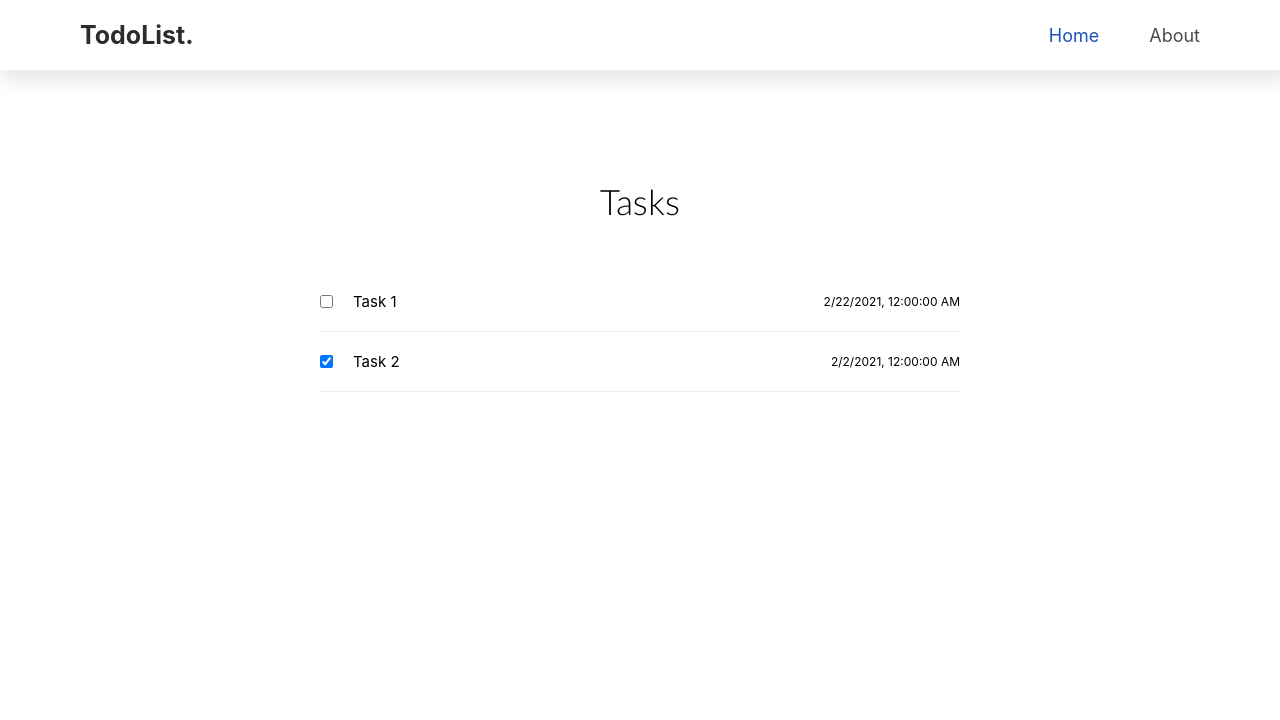
Repository: dqhuy153/react-todoList
Page: /
An editor plug-in stored every save of this project. The page is shown before and after the next save, followed by the edit.
The browser window is 1280 px wide. The pictures show the whole page.
The project was rebuilt for these pictures with package versions that can differ from the ones it lists, and the page was loaded fresh each time. Also part of the build but not shown: src/components/UI/LoadingSpinner.module.scss.

Above is the page before, as saved 2021-09-16 20:48:02.

### src/App.js
import React, { Suspense } from 'react';
import { Switch, Route } from 'react-router-dom';

import './App.css';
import Layout from './components/layout/Layout';
import LoadingSpinner from './components/UI/LoadingSpinner';

const Home = React.lazy(() => import('./components/pages/Home'));
const About = React.lazy(() => import('./components/pages/About'));

function App() {
  return (
    <Layout>
      <Suspense
        fallback={
          <div className="centered">
            <LoadingSpinner />
          </div>
        }
      >
        <Switch>
          <Route path="/" exact>
            <Home />
          </Route>
          <Route path="/about">
            <About />
          </Route>
          {/* <Route path="/products" exact>
          <Products />
        </Route>
        <Route path="/products/:productId">
          <ProductDetail />
        </Route> */}
        </Switch>
      </Suspense>
    </Layout>
  );
}

export default App;

### src/App.css
@import url('https://fonts.googleapis.com/css2?family=Lato:ital,wght@0,100;0,300;0,400;0,700;0,900;1,100;1,300;1,400;1,700;1,900&display=swap');

* {
  box-sizing: border-box;
  font-size: 62.5%;
  padding: 0;
  margin: 0;
}

.centered {
  margin: 3rem auto;
  text-align: center;
  display: flex;
  justify-content: center;
  align-items: center;
}

### src/components/layout/Layout.js
import React, { Fragment } from 'react';
import AppNavigation from './AppNavigation';

import styles from './Layout.module.scss';

export default function Layout(props) {
  return (
    <Fragment>
      <AppNavigation logoTitle="TodoList." />
      <main className={styles.main}>{props.children}</main>
    </Fragment>
  );
}

### src/components/UI/LoadingSpinner.js
import styles from './LoadingSpinner.module.scss';

const LoadingSpinner = () => {
  return <div className={styles.spinner}></div>;
};

export default LoadingSpinner;

### src/components/pages/Home.js
import TodoList from '../todos/TodoList';

import styles from './Home.module.scss';

const todoList = [
  {
    id: 1,
    title: 'Task 1',
    date: new Date('2/22/2021'),
    completed: false,
  },
  {
    id: 2,
    title: 'Task 2',
    date: new Date('2/2/2021'),
    completed: true,
  },
];

export default function Home(props) {
  const handleStatusChange = (id) => {
    const todoIndex = todoList.findIndex((i) => i.id === id);
    todoList[todoIndex].status = !todoList[todoIndex].status;
  };

  return (
    <div className={styles.container}>
      <h1>Tasks</h1>
      <TodoList items={todoList} onStatusChange={handleStatusChange} />
    </div>
  );
}

### src/components/layout/AppNavigation.js
import React from 'react';
import { NavLink } from 'react-router-dom';

import styles from './AppNavigation.module.scss';

export default function AppNavigation({ logoTitle = 'Demo.', ...props }) {
  return (
    <header className={styles.header}>
      <div className={styles.logo}>{logoTitle}</div>
      <nav>
        <ul>
          <li>
            <NavLink to="/" exact activeClassName={styles.active}>
              Home
            </NavLink>
          </li>
          <li>
            <NavLink to="/about" activeClassName={styles.active}>
              About
            </NavLink>
          </li>
        </ul>
      </nav>
    </header>
  );
}

### src/components/todos/TodoList.js
import React from 'react';
import TodoItem from './TodoItem';

import styles from './TodoList.module.scss';

export default function TodoList({ items, onStatusChange, ...props }) {
  return (
    <ul className={styles.container}>
      {items.map((item) => (
        <li key={item.id}>
          <TodoItem
            id={item.id}
            title={item.title}
            date={item.date}
            status={item.completed}
            onStatusChange={onStatusChange}
          />
        </li>
      ))}
    </ul>
  );
}

### src/components/pages/Home.module.scss
.container {
  padding: 18rem 0;

  h1 {
    text-align: center;
    font-family: 'Lato', sans-serif;
    font-weight: 300;
    font-size: 3.5rem;
  }
}

### src/components/layout/AppNavigation.module.scss
.header {
  width: 100%;
  height: 7rem;
  display: flex;
  align-items: center;
  justify-content: space-between;
  background-color: #ffffff;
  padding: 0 8rem;
  box-shadow: 5px 5px 20px 5px rgba(0, 0, 0, 0.1);
  position: fixed;
}

.logo {
  font-size: 2.5rem;
  color: rgb(44, 44, 44);
  font-weight: bold;
}

.header ul {
  list-style: none;
  margin: 0;
  padding: 0;
  display: flex;
  align-items: baseline;
}

.header li {
  margin-left: 5rem;
}

.header a {
  text-decoration: none;
  font-size: 1.8rem;
  color: #4b4b4b;
}

.header a:hover,
.header a:active,
.header a.active {
  color: rgb(28, 83, 184);
}

### src/components/todos/TodoItem.js
import React, { useState } from 'react';

import styles from './TodoItem.module.scss';

export default function TodoItem({
  id,
  title,
  date,
  status,
  onStatusChange,
  ...props
}) {
  const [checked, setChecked] = useState(status);

  const handleChange = (e) => {
    setChecked(e.target.checked);
    onStatusChange(id);
  };

  return (
    <div className={styles.container}>
      <div className={styles.task}>
        <input type="checkbox" checked={checked} onChange={handleChange} />
        <p>{title}</p>
      </div>
      <p className={styles.date}>{date.toLocaleString()}</p>
    </div>
  );
}

### src/components/todos/TodoList.module.scss
.container {
  text-align: center;
  width: 50%;
  margin: 5rem auto;
  list-style: none;
}

### src/components/todos/TodoItem.module.scss
.container {
  display: flex;
  align-items: center;
  justify-content: space-between;
  padding: 2rem 0;
  border-bottom: 1px solid #eee;
}

.task {
  display: flex;
  align-items: center;

  p {
    padding-left: 2rem;
    font-size: 1.5rem;
  }
}

.date {
  font-size: 1.2rem;
}

Loaded but not shown: public/index.html (common file); src/index.js (common file); src/index.css (common file); src/reportWebVitals.js (common file); src/components/layout/Layout.module.scss (no stored copy; drawn as an empty file)

After the next save:
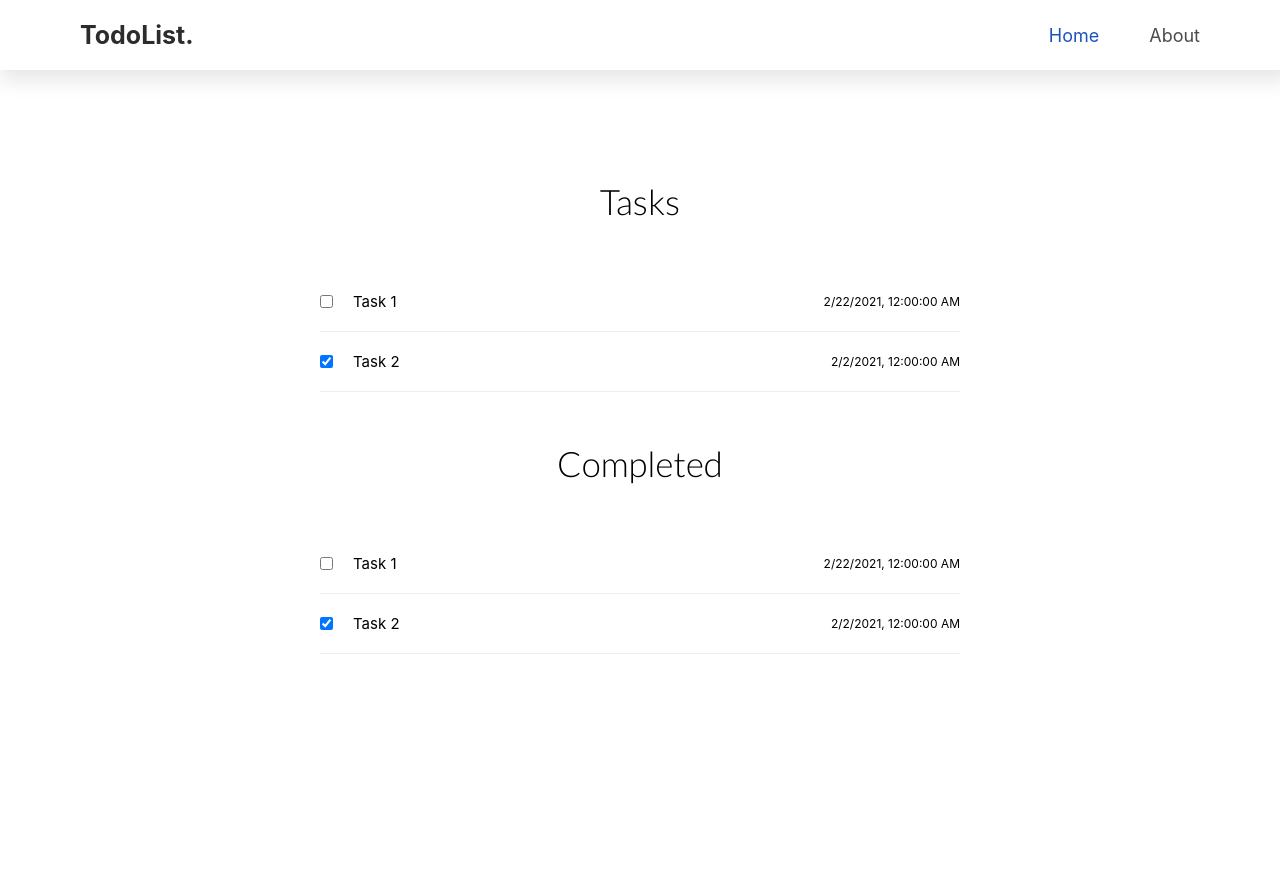
Saved 61 s later.
--- a/src/components/pages/Home.js
+++ b/src/components/pages/Home.js
@@ -27,6 +27,8 @@ export default function Home(props) {
     <div className={styles.container}>
       <h1>Tasks</h1>
       <TodoList items={todoList} onStatusChange={handleStatusChange} />
+      <h1>Completed</h1>
+      <TodoList items={todoList} onStatusChange={handleStatusChange} />
     </div>
   );
 }
